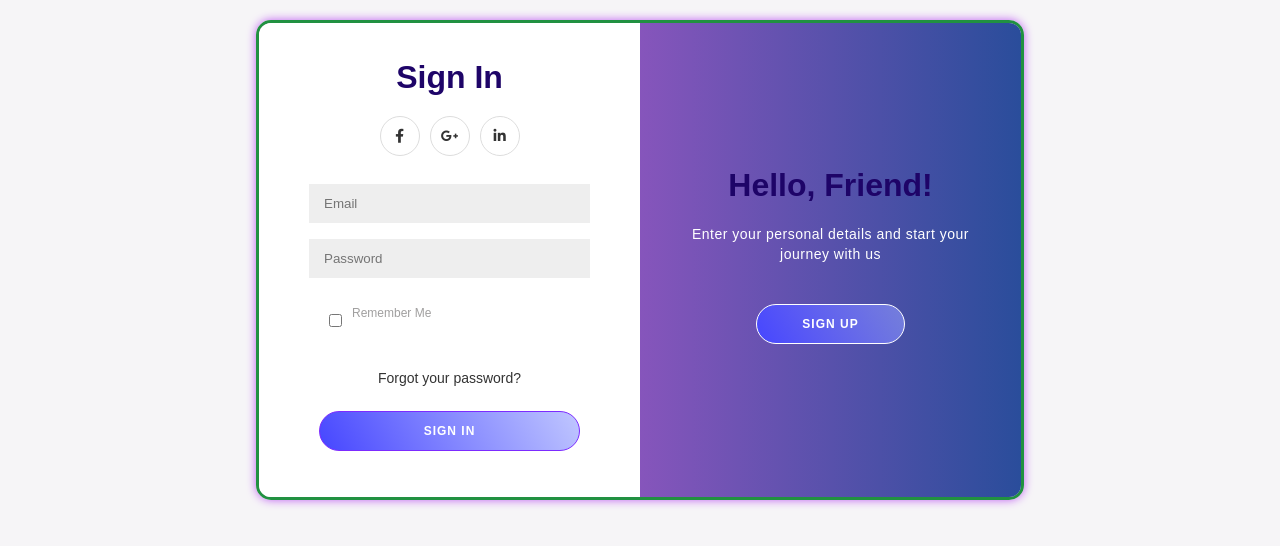
Repository: Zulfiyya077/InternIntelligence_LoginPage
Page: /
The author's editor kept a copy of each file at every save. The page is drawn from the files as they stood at one save, then again after a run of saves.
The browser window is 1280 px wide. The pictures show the whole page.
The project was rebuilt for these pictures with package versions that can differ from the ones it lists, and the page was loaded fresh each time. Also part of the build but not shown: vite.config.js.

Above is the page before, as saved 2025-02-02 07:43:15.

### index.html
<!DOCTYPE html>
<html lang="en">
<head>
    <meta charset="UTF-8" />
    <link rel="icon" type="image/svg+xml" href="/vite.svg" />
    <link
    rel="stylesheet"
    href="https://cdnjs.cloudflare.com/ajax/libs/font-awesome/5.15.4/css/all.min.css"
  />
    <meta name="viewport" content="width=device-width, initial-scale=1.0" />
    <title>Vite + React</title>
</head>
<body>
    <div id="root"></div>
    <script type="module" src="src/main.jsx"></script>
</body>
</html>

### src/main.jsx
import React from 'react';
import ReactDOM from 'react-dom/client';
import App from './App.jsx';


ReactDOM.createRoot(document.getElementById('root')).render(
  <React.StrictMode>
    <App />
  </React.StrictMode>,
);

### src/App.jsx
import React from 'react';
import SignInUpForm from './components/SignInUpForm';

function App() {
  return (
    <div className="App">
      <SignInUpForm />
    </div>
  );
}

export default App;

### src/components/SignInUpForm.jsx
import React, { useState } from 'react';
import styles from './SignInUpForm.module.css';
import { auth } from '../firebaseConfig';
import { createUserWithEmailAndPassword, signInWithEmailAndPassword, sendPasswordResetEmail } from 'firebase/auth';

const SignInUpForm = () => {
  const [isSignUp, setIsSignUp] = useState(false);
  const [email, setEmail] = useState('');
  const [password, setPassword] = useState('');
  const [error, setError] = useState('');


  const strongPasswordRegex = /^(?=.*[a-z])(?=.*[A-Z])(?=.*\d)[A-Za-z\d@$!%*?&]{6,}$/;


  const handleSignUp = async (e) => {
    e.preventDefault();
    setError('');

    if (!/\S+@\S+\.\S+/.test(email)) {
      setError('Please enter a valid email address.');
      return;
    }
    if (!strongPasswordRegex.test(password)) {
      setError('Password must have at least 6 characters, including 1 uppercase, 1 lowercase, and 1 number.');
      return;
    }

    try {
      await createUserWithEmailAndPassword(auth, email, password);
      alert('Account created successfully!');
    } catch (error) {
      handleAuthError(error);
    }
  };


  const handleSignIn = async (e) => {
    e.preventDefault();
    setError('');

    try {
      await signInWithEmailAndPassword(auth, email, password);
      alert('Signed in successfully!');
    } catch (error) {
      handleAuthError(error);
    }
  };


  const handleForgotPassword = async () => {
    if (!email) {
      setError('Please enter your email to reset password.');
      return;
    }
    try {
      await sendPasswordResetEmail(auth, email);
      alert('Password reset email sent!');
    } catch (error) {
      handleAuthError(error);
    }
  };


  const handleAuthError = (error) => {
    const errorMessages = {
      'auth/user-not-found': 'No account found with this email.',
      'auth/wrong-password': 'Incorrect password.',
      'auth/email-already-in-use': 'This email is already registered.',
      'auth/weak-password': 'Your password is too weak.',
      'auth/invalid-email': 'Invalid email format.',
    };
    setError(errorMessages[error.code] || error.message);
  };

  return (
    <div className={`${styles.container} ${isSignUp ? styles.rightPanelActive : ''}`}>
      <div className={`${styles.formContainer} ${styles.signUpContainer}`}>
        <form onSubmit={handleSignUp}>
          <h1>Create Account</h1>
          <div className={styles.socialContainer}>
            <a href="#" className={styles.social}><i className="fab fa-facebook-f"></i></a>
            <a href="#" className={styles.social}><i className="fab fa-google-plus-g"></i></a>
            <a href="#" className={styles.social}><i className="fab fa-linkedin-in"></i></a>
          </div>
          {error && <p className={styles.error}>{error}</p>}
          <input type="email" placeholder="Email" value={email} onChange={(e) => setEmail(e.target.value)} required />
          <input type="password" placeholder="Password" value={password} onChange={(e) => setPassword(e.target.value)} required />
          <button type="submit">Sign Up</button>
        </form>
      </div>


      <div className={`${styles.formContainer} ${styles.signInContainer}`}>
        <form onSubmit={handleSignIn}>
          <h1>Sign In</h1>
          <div className={styles.socialContainer}>
            <a href="#" className={styles.social}><i className="fab fa-facebook-f"></i></a>
            <a href="#" className={styles.social}><i className="fab fa-google-plus-g"></i></a>
            <a href="#" className={styles.social}><i className="fab fa-linkedin-in"></i></a>
          </div>
          {error && <p className={styles.error}>{error}</p>}
          <input type="email" placeholder="Email" value={email} onChange={(e) => setEmail(e.target.value)} required />
          <input type="password" placeholder="Password" value={password} onChange={(e) => setPassword(e.target.value)} required />

          <label className={styles.rememberMe}>
         <input type="checkbox" />    Remember Me
          </label>
          <a href="#" onClick={handleForgotPassword}>Forgot your password?</a>
          <button type="submit">Sign In</button>
        </form>
      </div>


      <div className={styles.overlayContainer}>
        <div className={styles.overlay}>
          <div className={`${styles.overlayPanel} ${styles.overlayLeft}`}>
            <h1>Welcome Back!</h1>
            <p>To keep connected with us please login with your personal info</p>
            <button className={styles.ghost} onClick={() => setIsSignUp(false)}>Sign In</button>
          </div>
          <div className={`${styles.overlayPanel} ${styles.overlayRight}`}>
            <h1>Hello, Friend!</h1>
            <p>Enter your personal details and start your journey with us</p>
            <button className={styles.ghost} onClick={() => setIsSignUp(true)}>Sign Up</button>
          </div>
        </div>
      </div>
    </div>
  );
};

export default SignInUpForm;

### src/components/SignInUpForm.module.css



* {
    margin: 0;
    padding: 0;
    box-sizing: border-box;
  }

  body {
    background: #f6f5f7;
    display: flex;
    justify-content: center;
    align-items: center;
    flex-direction: column;
    font-family: 'Montserrat', sans-serif;

    margin: 20px ;
  }

  h1 {
    font-weight: bold;
    margin: 0;
    color:rgb(30, 4, 104);
  }

  h2 {
    text-align: center;
  }

  p {
    font-size: 14px;
    font-weight: 100;
    line-height: 20px;
    letter-spacing: 0.5px;
    margin: 20px 0 30px;
  }

  span {
    font-size: 12px;
  }

  a {
    color: #333;
    font-size: 14px;
    text-decoration: none;
    margin: 15px 0;
  }

  .social:focus {
    box-shadow: rgba(131, 131, 233, 0.25) 0px 50px 100px -20px, rgba(157, 6, 228, 0.3) 0px 30px 60px -30px, rgba(202, 91, 247, 0.35) 0px -2px 6px 0px inset;
  }
  button {
    margin: 10px;
    border-radius: 20px;
    border: 1px solid #7c2bff;
    background: rgb(186,63,251);
background: linear-gradient(60deg, rgb(70, 70, 255) 0%, rgba(149, 160, 255, 0.591) 100%);
    color: #FFFFFF;
    font-size: 12px;
    font-weight: bold;
    padding: 12px 45px;
    letter-spacing: 1px;
    text-transform: uppercase;
    transition: transform 80ms ease-in;

  }

  button:active {
    transform: scale(0.95);
  }

  button:focus {
    outline: none;
  }

  button.ghost {
    background-color: transparent;
    border-color: #FFFFFF;
  }

  form {
    background-color: #FFFFFF;
    display: flex;
    width: 100%;
    justify-content: center;
    flex-direction: column;
    padding: 0 50px;
    height: 100%;
    text-align: center;

  }

  input {
    background-color: #eee;
    border: none;
    padding: 12px 15px;
    margin: 8px 0;

  }
  .error {
    height: 20px;
    font-size: 12px;
    color: red;
  }
  .container {
    background-color: #fff;
    border-radius: 20px;
    box-shadow: 0 14px 28px rgba(0,0,0,0.25),
                0 10px 10px rgba(0,0,0,0.22);
    position: relative;
    overflow: hidden;
    width: 768px;
    max-width: 100%;
    min-height: 480px;
    display: flex;
    justify-content: center;
    align-items: center;
    transition: background-color 0.6s ease-in-out;
    padding: 10px;
  }

  .formContainer {

    position: absolute;
    top: 0;
    height: 100%;
    transition: all 0.6s ease-in-out;
  }

  .signInContainer {
    left: 0;
    width: 50%;
    z-index: 2;
  }

  .rightPanelActive .signInContainer {

    transform: translateX(100%);
  }

  .signUpContainer {
    left: 0;
    width: 50%;
    opacity: 0;
    z-index: 1;

  }

  .rightPanelActive .signUpContainer {
    transform: translateX(100%);
    opacity: 1;
    z-index: 5;
    animation: show 0.6s;
  }

  @keyframes show {
    0%, 49.99% {
      opacity: 0;
      z-index: 1;
    }

    50%, 100% {
      opacity: 1;
      z-index: 5;
    }
  }


  .overlayContainer {
    position: absolute;
    top: 0;
    left: 50%;
    width: 50%;
    height: 100%;
    overflow: hidden;
    transition: transform 0.6s ease-in-out;
    z-index: 100;
  }

  .rightPanelActive .overlayContainer {
    transform: translateX(-100%);
  }

  .overlay {
    background: linear-gradient(to right,rgb(226, 93, 220), #2A4D9B);
    color: #fff;
    position: relative;
    left: -100%;
    height: 100%;
    width: 200%;
    transform: translateX(0);
    transition: transform 0.6s ease-in-out, background 0.6s ease-in-out;
  }

  .rightPanelActive .overlay {
    transform: translateX(50%);
    background: linear-gradient(to right,#2A4D9B,  rgb(226, 93, 220));
  }

  .overlayPanel {
    position: absolute;
    display: flex;
    align-items: center;
    justify-content: center;
    flex-direction: column;
    padding: 0 40px;
    text-align: center;
    top: 0;
    height: 100%;
    width: 50%;
    transform: translateX(0);
    transition: transform 0.6s ease-in-out;
  }

  .overlayLeft {
    transform: translateX(-20%);
  }

  .rightPanelActive .overlayLeft {
    transform: translateX(0);
  }

  .overlayRight {
    right: 0;
    transform: translateX(0);
  }

  .rightPanelActive .overlayRight {
    transform: translateX(20%);
  }

  .socialContainer {
    margin: 20px 0;
  }

  .socialContainer a {
    border: 1px solid #ddd;
    border-radius: 50%;
    display: inline-flex;
    justify-content: center;
    align-items: center;
    margin: 0 5px;
    height: 40px;
    width: 40px;
  }
  .checkboxContainer {
    width: 100px;
  }

  .checkboxContainer input {
    margin-right: 10px;

  }

  .checkboxContainer label {

    display: flex;
      align-items: center;
    justify-content: flex-start;

    font-weight: 100;
    color: #333;
  }

  .rememberMe {
    display: flex;
   font-size: 12px;
   color: rgb(160, 159, 159);
    margin: 20px ;
  }

  .rememberMe input {
    margin-right: 10px;
  }


.container {
    background: linear-gradient(165deg, #ffffff, #0277d6);
  }

  input:focus {
    outline: #0277d6;
    border-color: #2196f3;
    background-color: #e1f5fe;

  }
  @keyframes borderAnimation {
    0% { border-color: #3498db; box-shadow: 0 0 10px #42aff8; }
    25% { border-color: #41b4f7; box-shadow: 0 0 10px #4ae73c; }
    50% { border-color: #e90ff1; box-shadow: 0 0 10px #0f44f1; }
    75% { border-color: #18703d; box-shadow: 0 0 10px #fc43fc; }
    100% { border-color: #34db4a; box-shadow: 0 0 10px #3498db; }
  }

  .container {
    position: relative;
    padding: 20px;
    background: rgba(108, 26, 124, 0.1);
    border: 3px solid transparent;
    border-radius: 15px;
    animation: borderAnimation 3s infinite linear;
    transition: all 0.3s ease-in-out;
  }

### src/firebaseConfig.js
// src/firebaseConfig.js
import { initializeApp } from "firebase/app";
import { getAuth } from "firebase/auth";

const firebaseConfig = {
    apiKey: "AIzaSyC53-JWx-NA0i0QbOs5togwXCTY4UTFECU",
    authDomain: "my-apps-077.firebaseapp.com",
    projectId: "my-apps-077",
    storageBucket: "my-apps-077.firebasestorage.app",
    messagingSenderId: "888644240432",
    appId: "1:888644240432:web:80649d7f31ee9d7a6019f5",
    measurementId: "G-PS211GRZTS"
  };

const app = initializeApp(firebaseConfig);
const auth = getAuth(app);

export { auth };

After the next 2 saves:
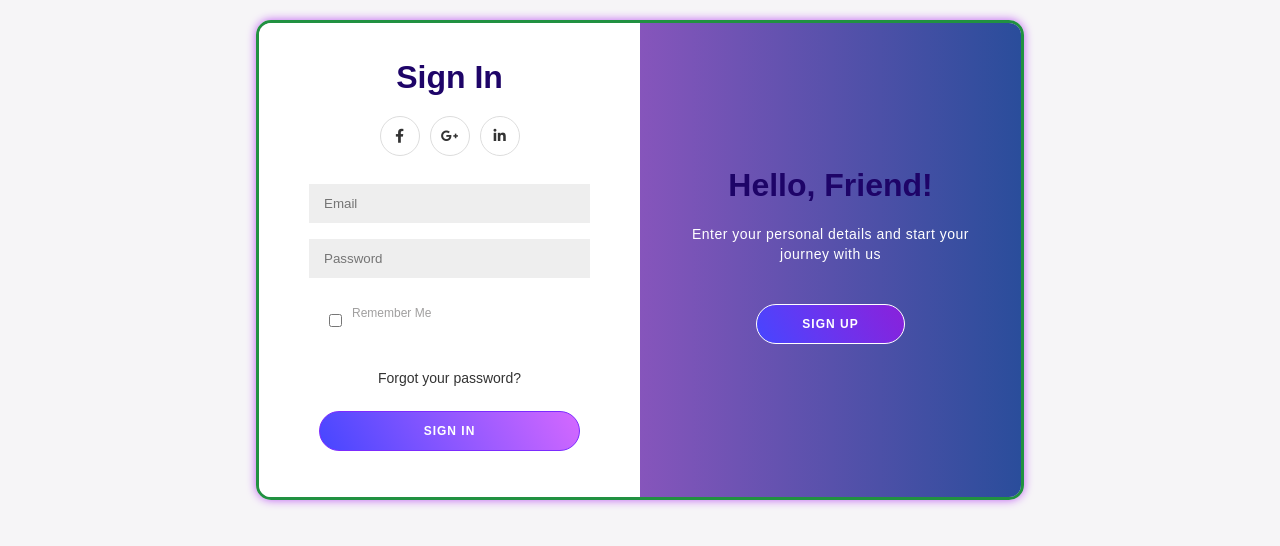
The 2 saves are shown as one change because they came seconds apart.
The last was saved 21 s later.
--- a/src/components/SignInUpForm.module.css
+++ b/src/components/SignInUpForm.module.css
@@ -55,7 +55,7 @@
     border-radius: 20px;
     border: 1px solid #7c2bff;
     background: rgb(186,63,251);
-background: linear-gradient(60deg, rgb(70, 70, 255) 0%, rgba(149, 160, 255, 0.591) 100%);
+background: linear-gradient(60deg, rgb(70, 70, 255) 0%, rgba(183, 1, 255, 0.591) 100%);
     color: #FFFFFF;
     font-size: 12px;
     font-weight: bold;
